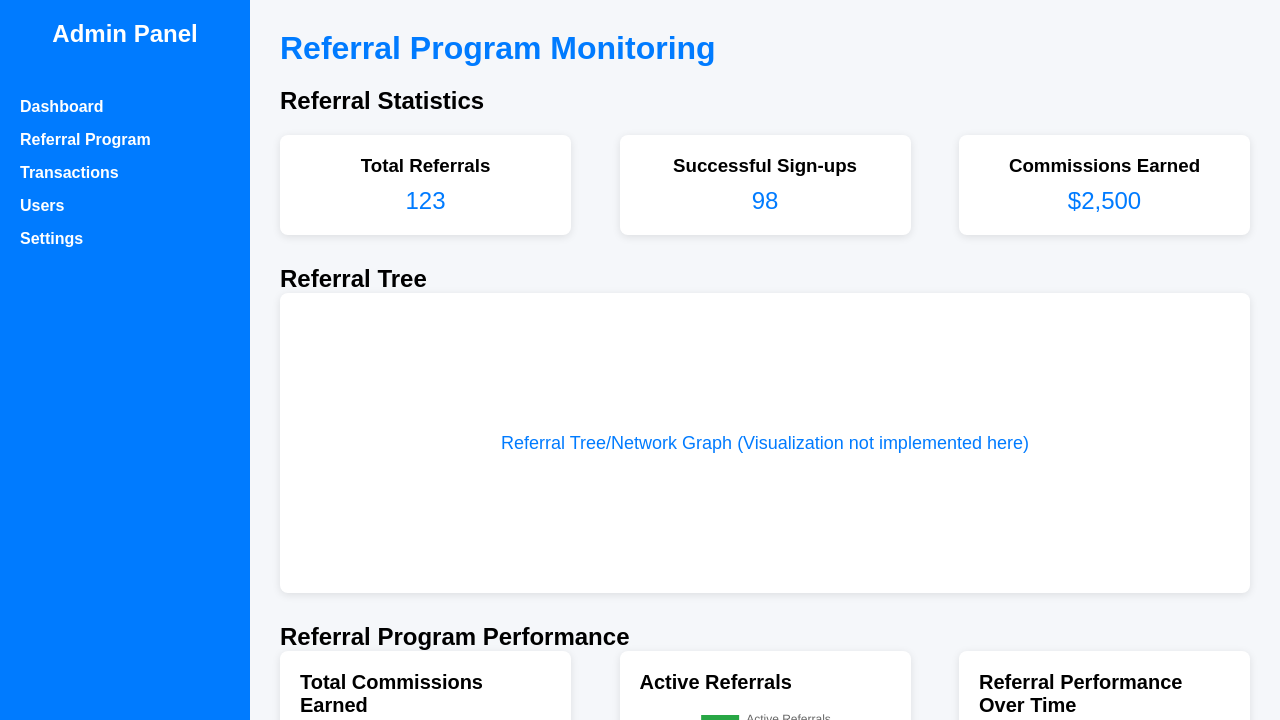
Repository: 2025silverx/slivedrX
Page: indesx3.html
An editor plug-in stored every save of this project. The page is shown before and after the next save, followed by the edit.
The browser window is 1280 px wide. The pictures show the whole page.
An inner scrolling area shows only its first screen.

Above is the page before, as saved 2025-01-05 00:53:08.

### indesx3.html
<!DOCTYPE html>
<html lang="en">
<head>
    <meta charset="UTF-8">
    <meta name="viewport" content="width=device-width, initial-scale=1.0">
    <title>Referral Program Monitoring</title>
    <link rel="stylesheet" href="style3.css">
    <!-- Include Chart.js for graphs -->
    <script src="https://cdn.jsdelivr.net/npm/chart.js"></script>
</head>
<body>
    <div class="sidebar">
        <h2>Admin Panel</h2>
        <ul class="sidebar-links">
            <li><a href="#">Dashboard</a></li>
            <li><a href="#">Referral Program</a></li>
            <li><a href="#">Transactions</a></li>
            <li><a href="#">Users</a></li>
            <li><a href="#">Settings</a></li>
        </ul>
    </div>

    <div class="main-content">
        <h1>Referral Program Monitoring</h1>

        <!-- Referral Statistics Section -->
        <section class="referral-statistics">
            <h2>Referral Statistics</h2>
            <div class="statistics">
                <div class="stat-box">
                    <h3>Total Referrals</h3>
                    <p>123</p>
                </div>
                <div class="stat-box">
                    <h3>Successful Sign-ups</h3>
                    <p>98</p>
                </div>
                <div class="stat-box">
                    <h3>Commissions Earned</h3>
                    <p>$2,500</p>
                </div>
            </div>
        </section>

        <!-- Referral Tree/Network Graph -->
        <section class="referral-tree">
            <h2>Referral Tree</h2>
            <div id="networkGraph" class="network-graph">
                <!-- A simple visualization can be added with a plugin like d3.js or cytoscape.js -->
                <p>Referral Tree/Network Graph (Visualization not implemented here)</p>
            </div>
        </section>

        <!-- Referral Performance Graphs -->
        <section class="graphs">
            <h2>Referral Program Performance</h2>
            <div class="graph-container">
                <div class="graph-box">
                    <h3>Total Commissions Earned</h3>
                    <canvas id="commissionsChart"></canvas>
                </div>
                <div class="graph-box">
                    <h3>Active Referrals</h3>
                    <canvas id="referralsChart"></canvas>
                </div>
                <div class="graph-box">
                    <h3>Referral Performance Over Time</h3>
                    <canvas id="performanceChart"></canvas>
                </div>
            </div>
        </section>
    </div>

    <script src="script3.js"></script>
</body>
</html>

### style3.css
/* Reset some default styles */
* {
    margin: 0;
    padding: 0;
    box-sizing: border-box;
}

/* Body and container styles */
body {
    font-family: Arial, sans-serif;
    display: flex;
    height: 100vh;
    background-color: #f5f7fa;
}

/* Sidebar styles */
.sidebar {
    width: 250px;
    background-color: #007bff;
    color: white;
    padding: 20px;
    display: flex;
    flex-direction: column;
    position: sticky;
    top: 0;
}

.sidebar h2 {
    margin-bottom: 20px;
    text-align: center;
}

.sidebar-links {
    list-style: none;
    margin-top: 30px;
}

.sidebar-links li {
    margin-bottom: 15px;
}

.sidebar-links a {
    text-decoration: none;
    color: white;
    font-weight: bold;
}

.sidebar-links a:hover {
    color: #f0f0f0;
}

/* Main content area */
.main-content {
    flex: 1;
    padding: 30px;
    overflow-y: auto;
}

h1 {
    color: #007bff;
    margin-bottom: 20px;
}

/* Referral statistics styles */
.referral-statistics {
    margin-bottom: 30px;
}

.referral-statistics h2 {
    margin-bottom: 20px;
    font-size: 24px;
}

.statistics {
    display: flex;
    justify-content: space-between;
}

.stat-box {
    background-color: #ffffff;
    padding: 20px;
    width: 30%;
    border-radius: 8px;
    box-shadow: 0 2px 8px rgba(0, 0, 0, 0.1);
    text-align: center;
}

.stat-box h3 {
    margin-bottom: 10px;
}

.stat-box p {
    font-size: 24px;
    color: #007bff;
}

/* Referral tree/network graph styles */
.referral-tree {
    margin-bottom: 30px;
}

.network-graph {
    background-color: #ffffff;
    padding: 20px;
    border-radius: 8px;
    box-shadow: 0 2px 8px rgba(0, 0, 0, 0.1);
    height: 300px;
    display: flex;
    justify-content: center;
    align-items: center;
}

.network-graph p {
    font-size: 18px;
    color: #007bff;
}

/* Graph containers */
.graphs {
    margin-top: 30px;
}

.graph-container {
    display: flex;
    justify-content: space-between;
    gap: 30px;
}

.graph-box {
    background-color: #ffffff;
    padding: 20px;
    width: 30%;
    border-radius: 8px;
    box-shadow: 0 2px 8px rgba(0, 0, 0, 0.1);
}

.graph-box h3 {
    margin-bottom: 10px;
    font-size: 20px;
}

canvas {
    width: 100%;
    height: 200px;
}

/* Responsive styles */
@media (max-width: 768px) {
    .sidebar {
        width: 200px;
    }

    .main-content {
        padding: 20px;
    }

    .graph-container {
        flex-direction: column;
        gap: 20px;
    }

    .graph-box {
        width: 100%;
    }
}

### script3.js
// Data for the graphs
const commissionsData = {
    labels: ['January', 'February', 'March', 'April', 'May'],
    datasets: [{
        label: 'Commissions Earned',
        data: [1000, 1500, 2000, 2500, 3000],
        backgroundColor: 'rgba(0, 123, 255, 0.5)',
        borderColor: 'rgba(0, 123, 255, 1)',
        borderWidth: 1
    }]
};

const referralsData = {
    labels: ['Active Referrals', 'Inactive Referrals'],
    datasets: [{
        data: [70, 30],
        backgroundColor: ['#28a745', '#ffc107'],
        hoverBackgroundColor: ['#218838', '#e0a800']
    }]
};

const performanceData = {
    labels: ['Week 1', 'Week 2', 'Week 3', 'Week 4', 'Week 5'],
    datasets: [{
        label: 'Referral Performance',
        data: [10, 20, 30, 40, 50],
        backgroundColor: 'rgba(40, 167, 69, 0.5)',
        borderColor: 'rgba(40, 167, 69, 1)',
        borderWidth: 1
    }]
};

// Initialize the charts
window.onload = function() {
    const commissionsChart = new Chart(document.getElementById('commissionsChart'), {
        type: 'bar',
        data: commissionsData,
        options: {
            responsive: true,
            scales: {
                y: { beginAtZero: true }
            }
        }
    });

    const referralsChart = new Chart(document.getElementById('referralsChart'), {
        type: 'pie',
        data: referralsData,
        options: {
            responsive: true
        }
    });

    const performanceChart = new Chart(document.getElementById('performanceChart'), {
        type: 'line',
        data: performanceData,
        options: {
            responsive: true,
            scales: {
                y: { beginAtZero: true }
            }
        }
    });
};

After the next save:
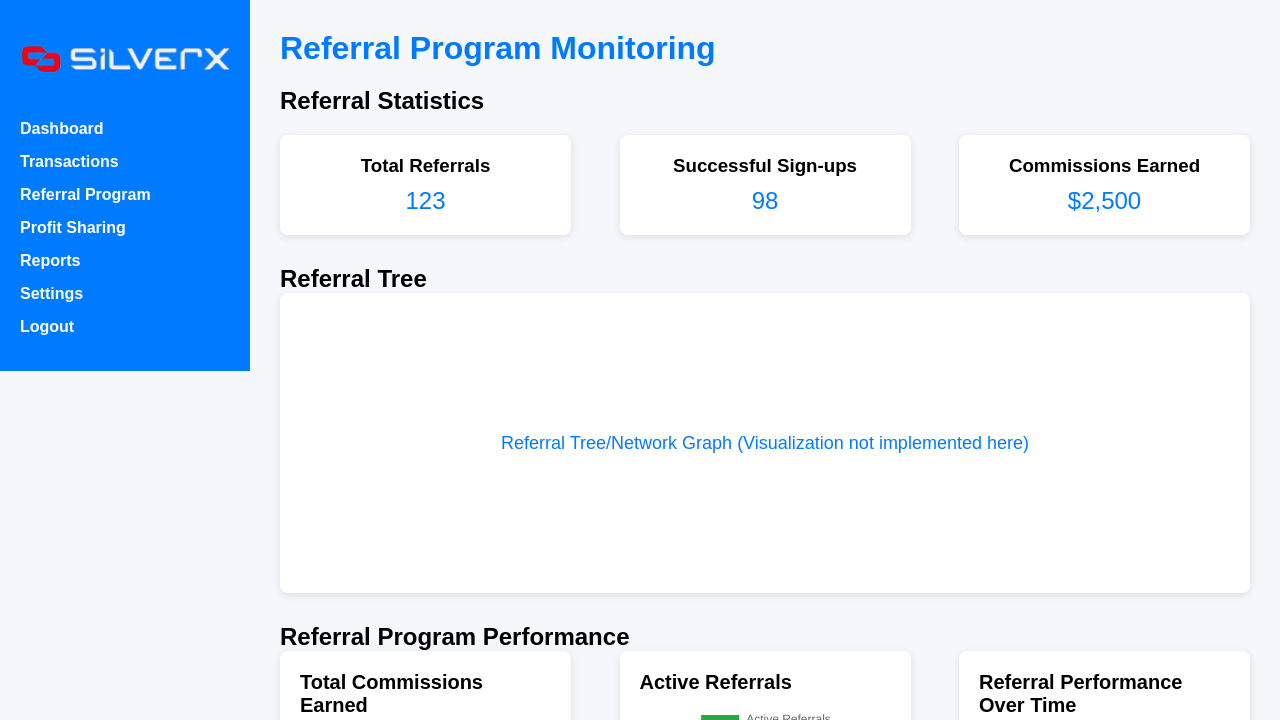
Saved 12 s later.
--- a/indesx3.html
+++ b/indesx3.html
@@ -9,15 +9,19 @@
     <script src="https://cdn.jsdelivr.net/npm/chart.js"></script>
 </head>
 <body>
-    <div class="sidebar">
-        <h2>Admin Panel</h2>
-        <ul class="sidebar-links">
-            <li><a href="#">Dashboard</a></li>
-            <li><a href="#">Referral Program</a></li>
-            <li><a href="#">Transactions</a></li>
-            <li><a href="#">Users</a></li>
-            <li><a href="#">Settings</a></li>
-        </ul>
+    <div id="sidebar-container">
+        <div class="sidebar">
+            <img src="images/logo.png" alt="Sidebar Logo" class="sidebar-logo">
+            <ul class="sidebar-links">
+                <li><a href="index.html" class="sidebar-link" data-target="dashboard">Dashboard</a></li>
+                <li><a href="index2.html" class="sidebar-link" data-target="transactions">Transactions</a></li>
+                <li><a href="indesx3.html" class="sidebar-link" data-target="reports">Referral Program</a></li>
+                <li><a href="index4.html" class="sidebar-link" data-target="users">Profit Sharing</a></li>
+                <li><a href="index5.html" class="sidebar-link" data-target="reports">Reports</a></li>
+                <li><a href="setting.html" class="sidebar-link" data-target="settings">Settings</a></li>
+                <li><a href="index5.html" class="sidebar-link" data-target="logout">Logout</a></li>
+            </ul>
+        </div>
     </div>
 
     <div class="main-content">
